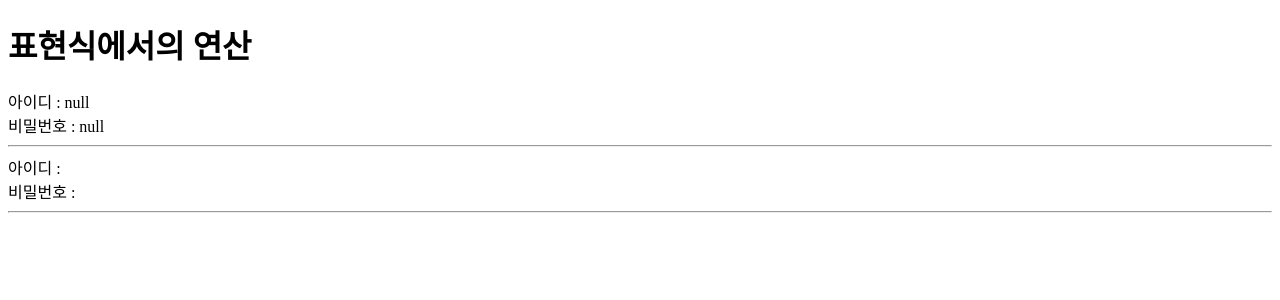
Repository: YooMyeongSeon/JSP_Servlet_Study
Page: http://localhost/web07/Ex_04_Result.jsp
The author's editor kept a copy of each file at every save. The page is drawn from the files as they stood at one save, then again after the next save.
The browser window is 1280 px wide. The pictures show the whole page.
The page is served by Tomcat 9.

Above is the page before, as saved 2022-06-10 01:40:09.

After the next save:
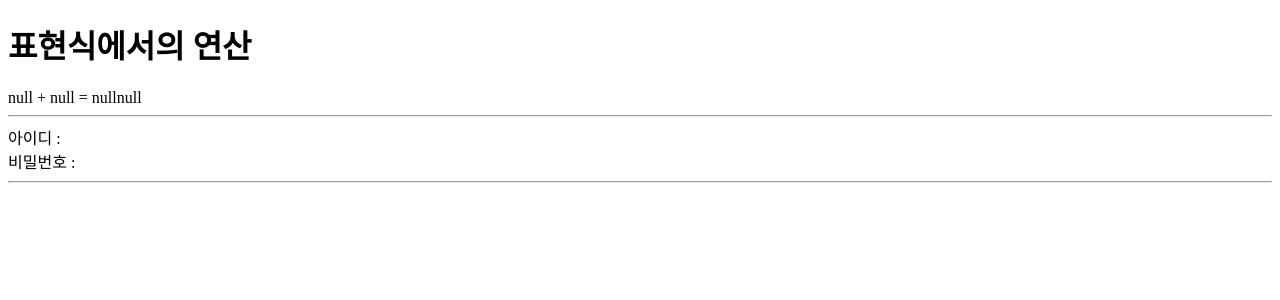
Saved 88 s later.
--- a/web07/WebContent/Ex_04_Result.jsp
+++ b/web07/WebContent/Ex_04_Result.jsp
@@ -9,8 +9,9 @@
 <body>
 	<h1>표현식에서의 연산</h1>
 	<%-- 1. 표현식에서의 연산 --%>
-	아이디 : <%= request.getParameter("userId") %><br>
-	비밀번호 : <%= request.getParameter("userPw") %>
+	<% String num1 = request.getParameter("num1");
+	String num2 = request.getParameter("num2"); %>
+	<%=num1%> + <%=num2%> = <%=num1+num2%>
 	<hr>
 
 	<%-- 2. El 표기를 활용한 방법 --%>
